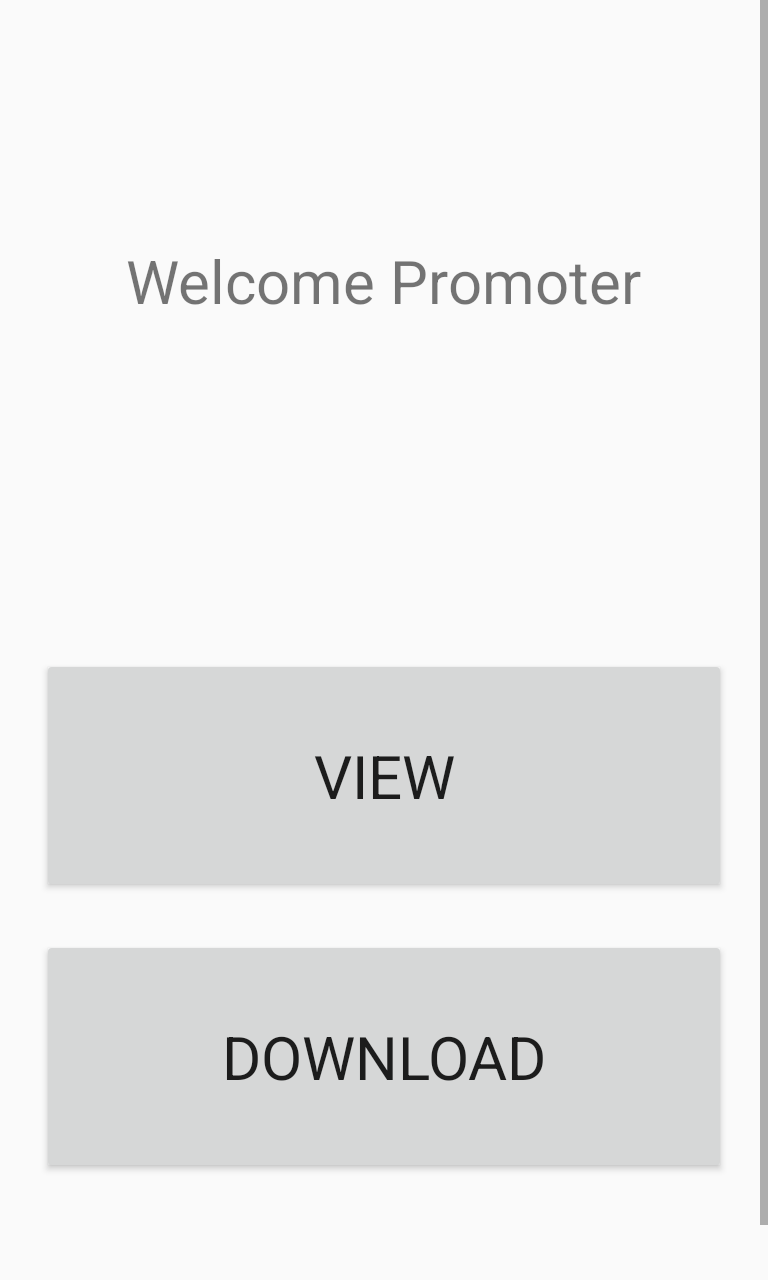
Repository: achavez812/GuatemalaProject2
Layout: GuateMedic-master/GuateMedic/res/layout/fragment_main.xml
An editor plug-in stored every save of this project. The layout is shown before and after the next save, followed by the edit.
It is drawn on a 768 x 1280 px phone screen (xhdpi) without system bars, with theme AppTheme; the app's code is not run.

Above is the layout before, as saved 2014-07-02 09:33:39.

After the next save:
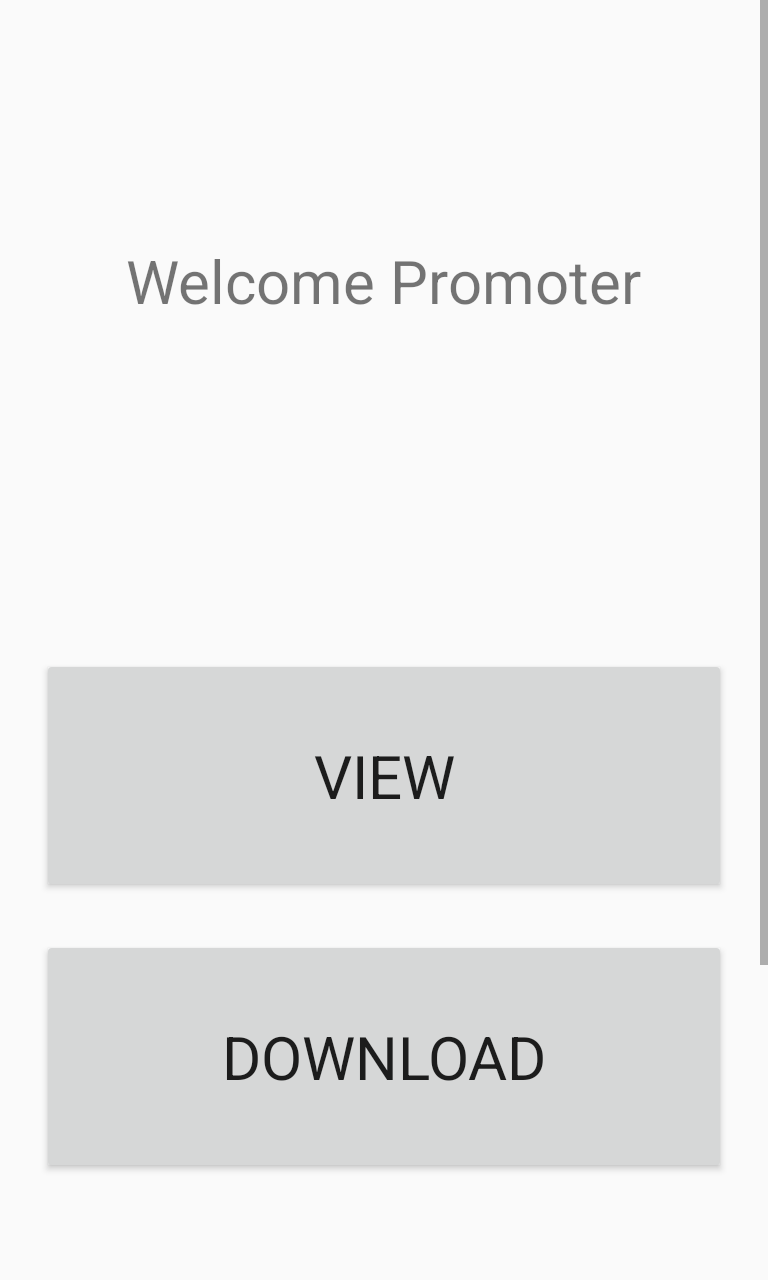
Saved 114 s later.
--- a/GuateMedic-master/GuateMedic/res/layout/fragment_main.xml
+++ b/GuateMedic-master/GuateMedic/res/layout/fragment_main.xml
@@ -49,5 +49,15 @@
         android:layout_marginBottom="60dp"
         android:text="DOWNLOAD" />
 
+        <Button
+        android:id="@+id/graph_button"
+        android:textSize="30sp"
+        android:paddingTop="40dp"
+        android:paddingBottom="40dp"
+        android:layout_width="match_parent"
+        android:layout_height="wrap_content"
+        android:layout_marginBottom="60dp"
+        android:text="DOWNLOAD" />
+
 </LinearLayout>
 </ScrollView>
